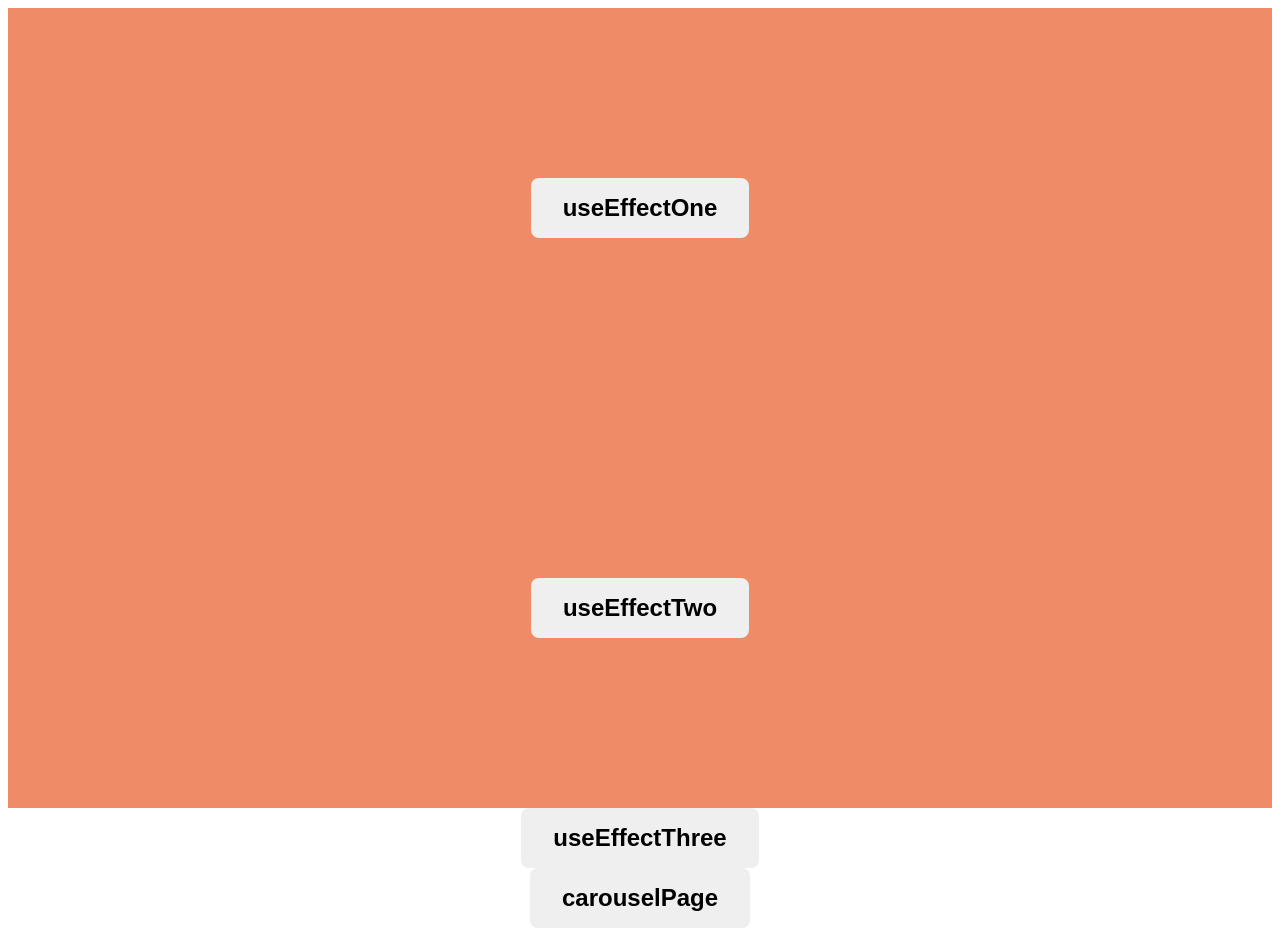
Repository: giovanabirck/class8
Page: /
The author's editor kept a copy of each file at every save. The page is drawn from the files as they stood at one save, then again after the next save.
The browser window is 1280 px wide. The pictures show the whole page.
The project was rebuilt for these pictures with package versions that can differ from the ones it lists, and the page was loaded fresh each time. The framework's server and built-in components were replaced by stand-ins that run in the browser. Also part of the build but not shown: next.config.js.

Above is the page before, as saved 2023-02-23 17:56:10.

### pages/index.js
import Head from 'next/head'
import styles from '@/styles/Home.module.css'
import Link from 'next/link'


export default function Home() {
  return (
    <>
      <Head>
        <title>Create Next App</title>
        <meta name="description" content="Generated by create next app" />
        <meta name="viewport" content="width=device-width, initial-scale=1" />
        <link rel="icon" href="/favicon.ico" />
      </Head>

      <main className={styles.main}>

        <div className={styles.effect_one}>
          <Link href="/useEffectOne">
            <button className={styles.btn}>useEffectOne</button>
          </Link>
        </div>

        <div className={styles.effect_two}>
          <Link href="/useEffectTwo">
            <button className={styles.btn}>useEffectTwo</button>
          </Link>
        </div>

        <div className={styles.effect_three}>
          <Link href="/useEffectThree">
            <button className={styles.btn}>useEffectThree</button>
          </Link>
        </div>

        <div className={styles.carousel}>
          <Link href="/carouselPage">
            <button className={styles.btn}>carouselPage</button>
          </Link>
        </div>

      </main>
    </>
  )
}

### styles/globals.css
:root {
  --blue: #95CDF9;
  --green: #C3E0CF;
  --orange: #EF8B66;
  --white: #f4f9fd;
  --black: #222222;
  }

### styles/Home.module.css
.main {
  display: flex;
  flex-direction: column;
  justify-content: space-between;
  align-items: center;
  padding: 0rem;
  min-height: 100vh;
  font-family: Arial, Helvetica, sans-serif;
  color: var(--black);

}

.effect_one {
  background-color: var(--orange);
  width: 100%;
  height: 25rem;
  margin: 0rem;
  display: flex;
  justify-content: center;
  align-items: center;
}

.effect_two {
  background-color: var(--orange);
  width: 100%;
  height: 25rem;
  margin: 0rem;
  display: flex;
  justify-content: center;
  align-items: center;
}

.btn {
  font-weight: 900;
  font-size: 1.5rem;
  padding: 1rem 2rem;
  border-radius: 0.5rem;
  border-style: none;
}

Loaded but not shown: pages/_app.js (common file); pages/_document.js (common file)

After the next save:
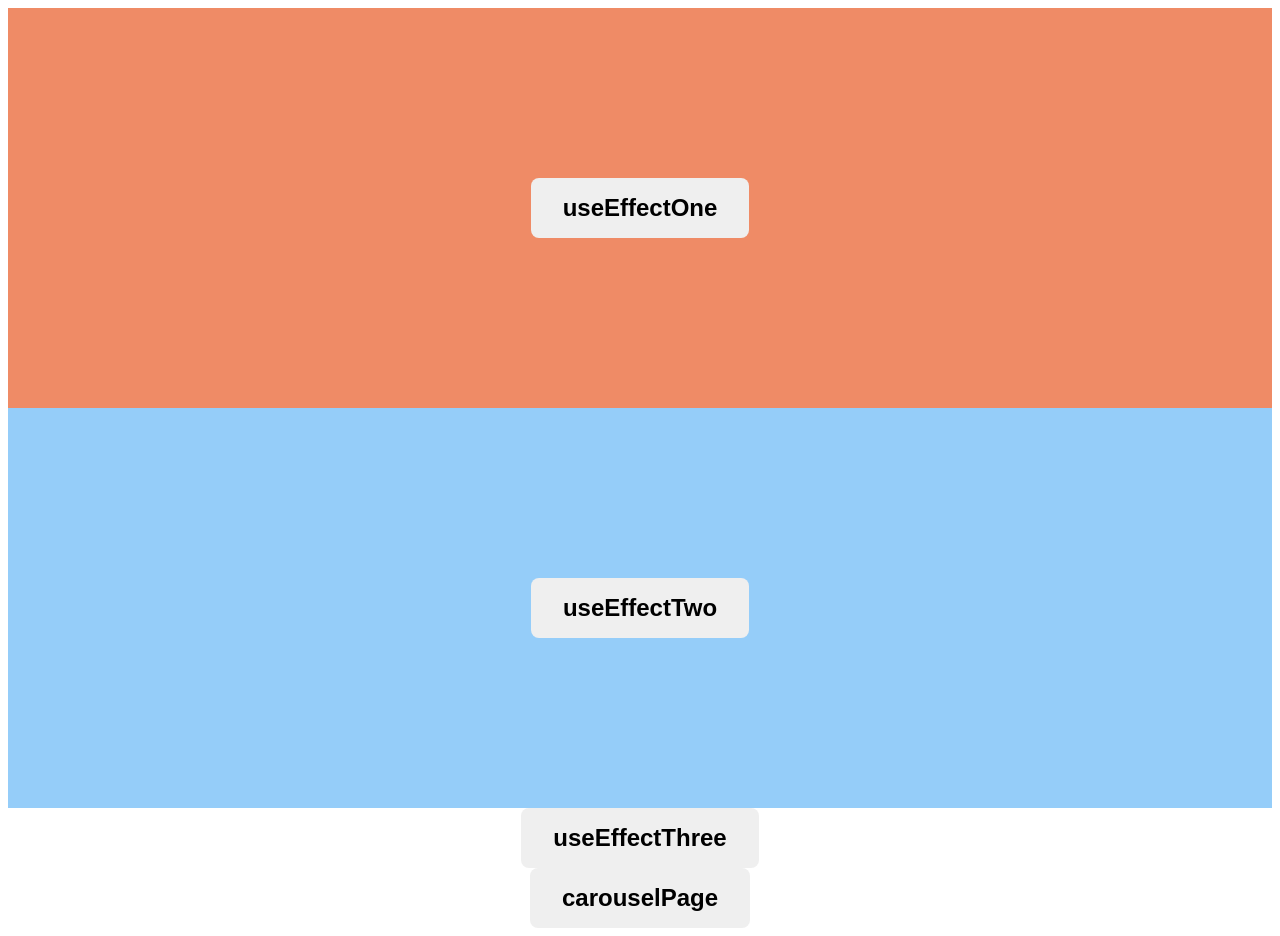
Saved 4 s later.
--- a/styles/Home.module.css
+++ b/styles/Home.module.css
@@ -21,7 +21,7 @@
 }
 
 .effect_two {
-  background-color: var(--orange);
+  background-color: var(--blue);
   width: 100%;
   height: 25rem;
   margin: 0rem;
